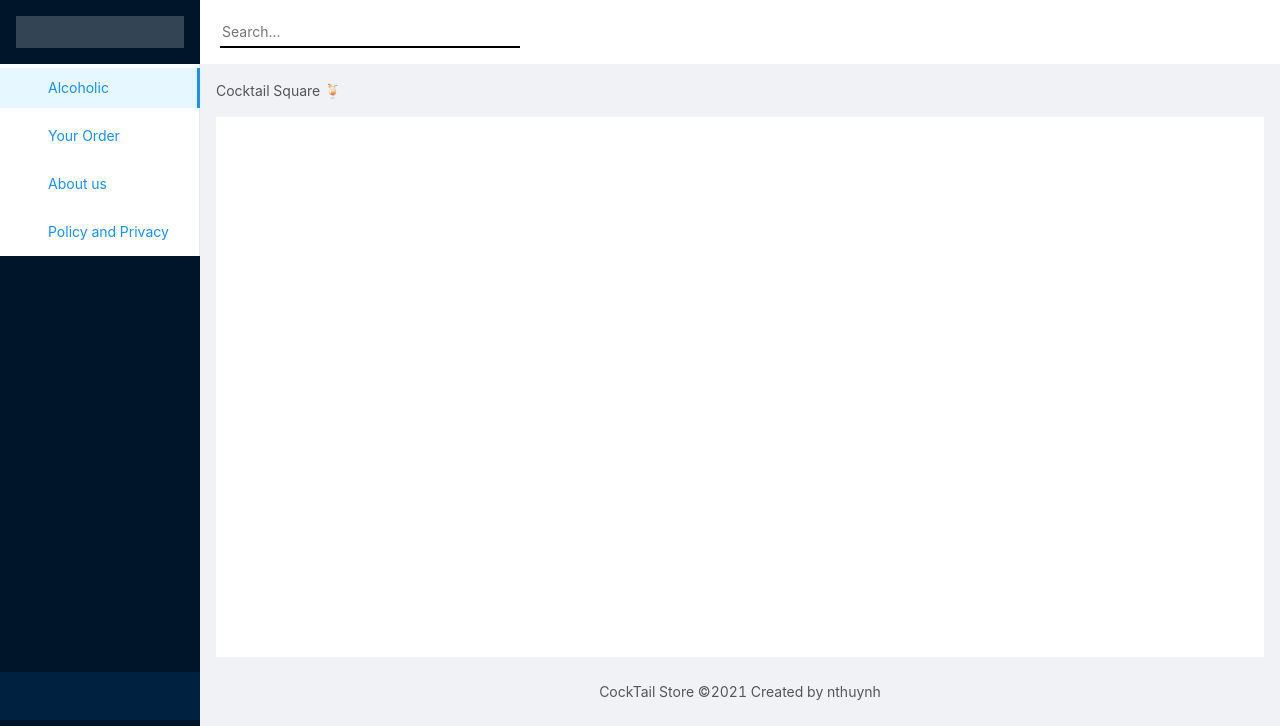
Repository: huynhnt1406/cocktail
Page: /
The author's editor kept a copy of each file at every save. The page is drawn from the files as they stood at one save, then again after the next save.
The browser window is 1280 px wide. The pictures show the whole page.
The page's requests for data from a server got no answer. The project was rebuilt for these pictures with package versions that can differ from the ones it lists, and the page was loaded fresh each time. No one was signed in, and anything a server would have sent is missing.

Above is the page before, as saved 2021-05-06 10:30:04.

After the next save:
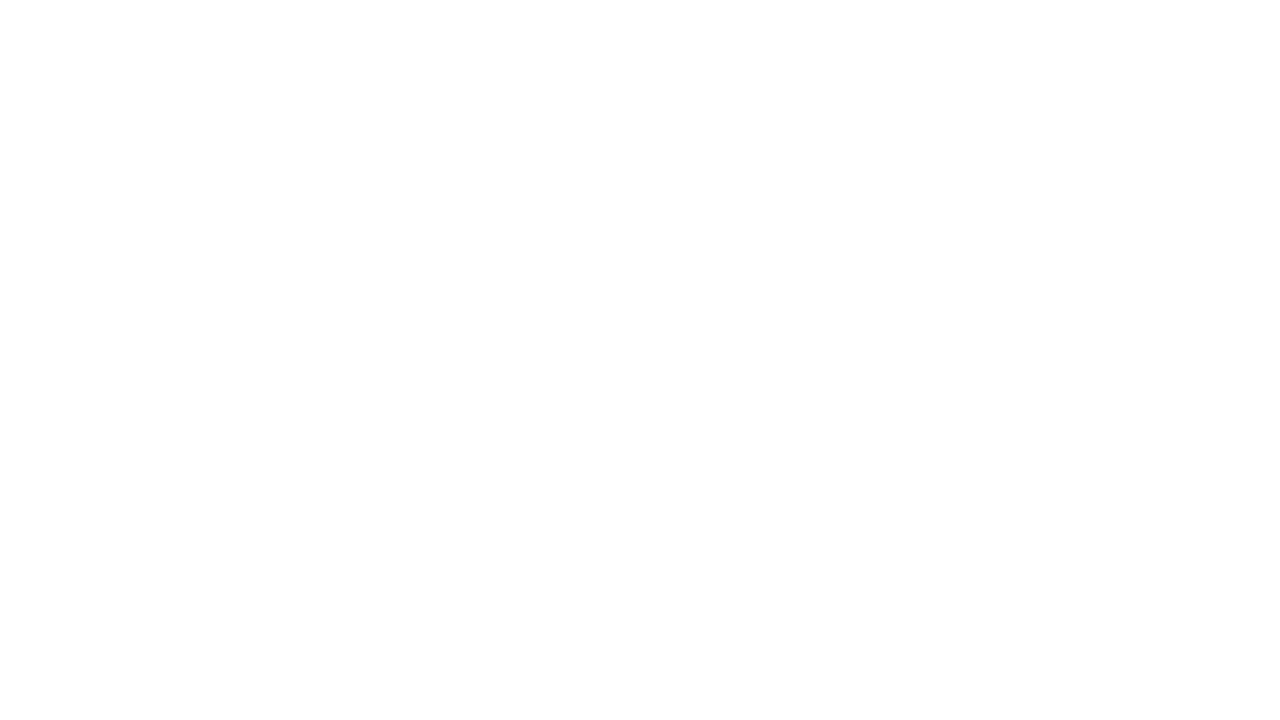
Console error (its wording comes from the project's code and is left out).
Saved 60 s later.
--- a/src/router/index.js
+++ b/src/router/index.js
@@ -12,7 +12,6 @@
         component:CockTail
     },
     {
-        path:'/detailpage/:id',
         name:'DetailPage',
         component:DetailPage,
         props:true

After the save that followed:
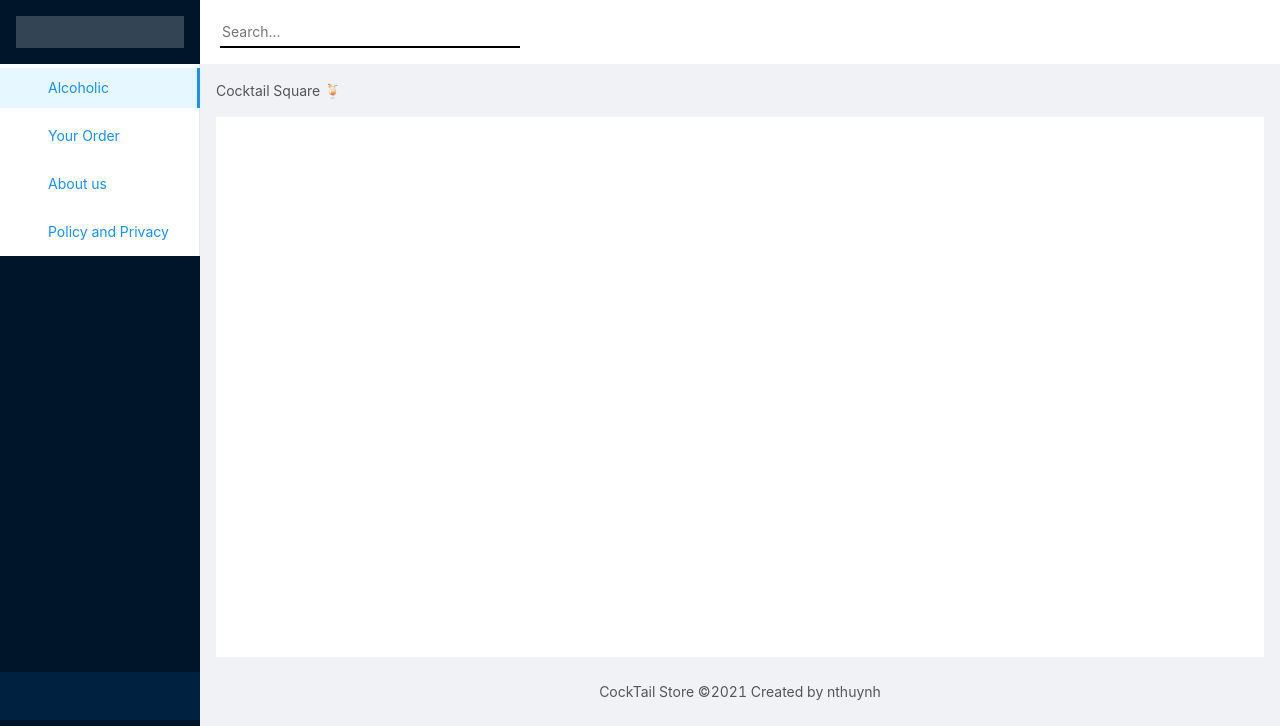
The error is gone.
Saved 35 s later.
--- a/src/router/index.js
+++ b/src/router/index.js
@@ -12,6 +12,7 @@
         component:CockTail
     },
     {
+        path:'/detailpage/:id',
         name:'DetailPage',
         component:DetailPage,
         props:true
